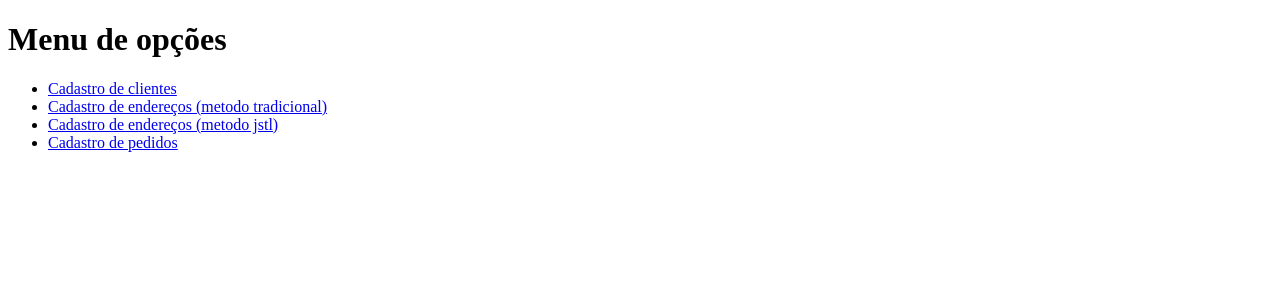
Repository: NicholasMaestrello/treinamento-impacta
Page: http://localhost/02_VendasWEB/
An editor plug-in stored every save of this project. The page is shown before and after the next save, followed by the edit.
The browser window is 1280 px wide. The pictures show the whole page.
The page is served by Tomcat 9.

Above is the page before, as saved 2017-09-28 19:03:45.

After the next save:
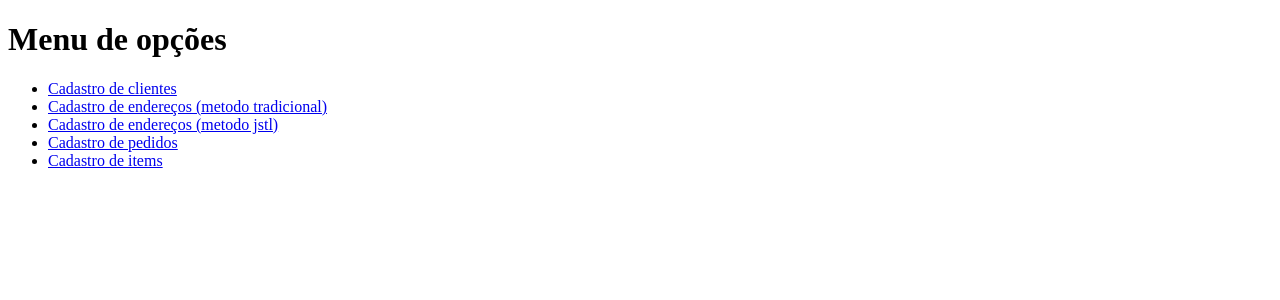
Saved 2 min 35 s later.
--- a/DesenvolvimentoJava/Modulo03/02_VendasWEB/WebContent/index.jsp
+++ b/DesenvolvimentoJava/Modulo03/02_VendasWEB/WebContent/index.jsp
@@ -13,6 +13,7 @@
 		<li><a href="cadEnderecos.jsp">Cadastro de endereços (metodo tradicional)</a></li>
 		<li><a href="cadEnderecosJSTL.jsp">Cadastro de endereços (metodo jstl)</a></li>
 		<li><a href="cadPedidos.jsp">Cadastro de pedidos</a></li>
+		<li><a href="cadItem.jsp">Cadastro de items</a></li>
 	</ul>
 </body>
 </html>
